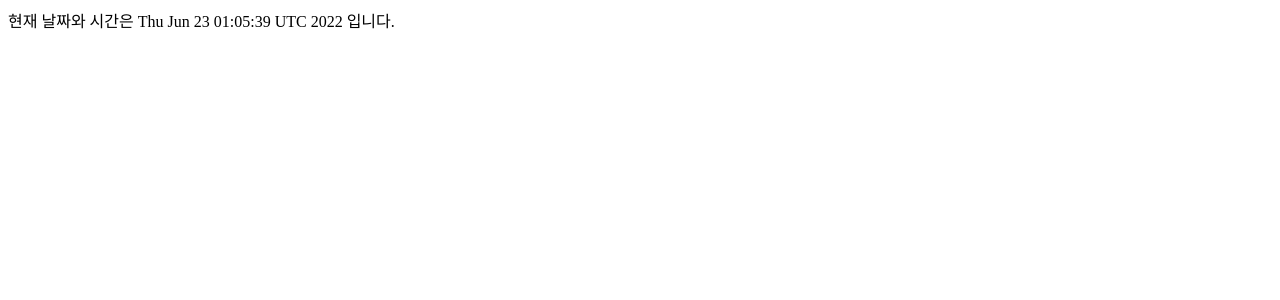
Repository: yuntaekOhO/SY_Academy_Study
Page: http://localhost/ch03-JSP/ch01-basic/s01_now.jsp
The author's editor kept a copy of each file at every save. The page is drawn from the files as they stood at one save, then again after the next save.
The browser window is 1280 px wide. The pictures show the whole page.
The page is served by Tomcat 9. Other server files are loaded and not shown.

Above is the page before, as saved 2022-06-24 02:13:45.

### workspace_jsp/ch03-JSP/src/main/webapp/ch01-basic/s01_now.jsp
<%@ page language="java" contentType="text/html; charset=UTF-8"
    pageEncoding="UTF-8"%>
<%@ page import="java.util.Date" %>
<%@ page import="java.text.SimpleDateFormat" %>
<%
	Date nowTime = new Date();
%>
<!DOCTYPE html>
<html>
<head>
<meta charset="UTF-8">
<title>오늘의 날짜와 시간</title>
</head>
<body>
현재 날짜와 시간은 <%= nowTime %> 입니다.
</body>
</html>

After the next save:
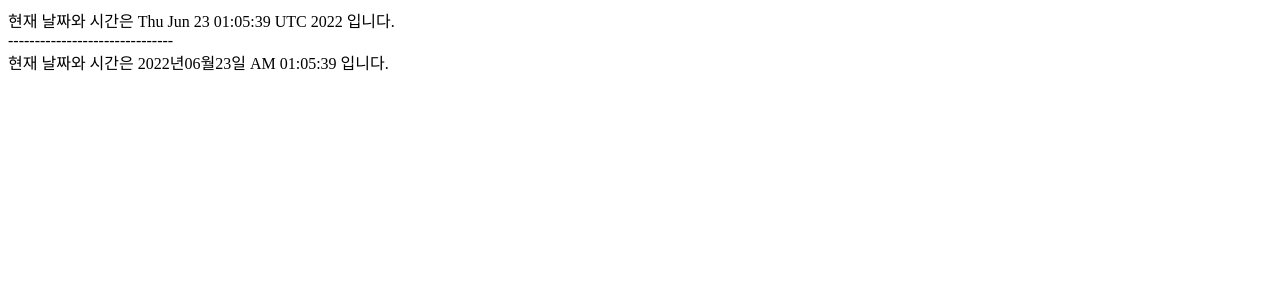
Saved 3 min 59 s later.
--- a/workspace_jsp/ch03-JSP/src/main/webapp/ch01-basic/s01_now.jsp
+++ b/workspace_jsp/ch03-JSP/src/main/webapp/ch01-basic/s01_now.jsp
@@ -13,5 +13,12 @@
 </head>
 <body>
 현재 날짜와 시간은 <%= nowTime %> 입니다.
+<br>
+-------------------------------
+<br>
+<%
+	SimpleDateFormat sf = new SimpleDateFormat("yyyy년MM월dd일 a hh:mm:ss");
+%>
+현재 날짜와 시간은 <%= sf.format(nowTime) %> 입니다.
 </body>
 </html>
